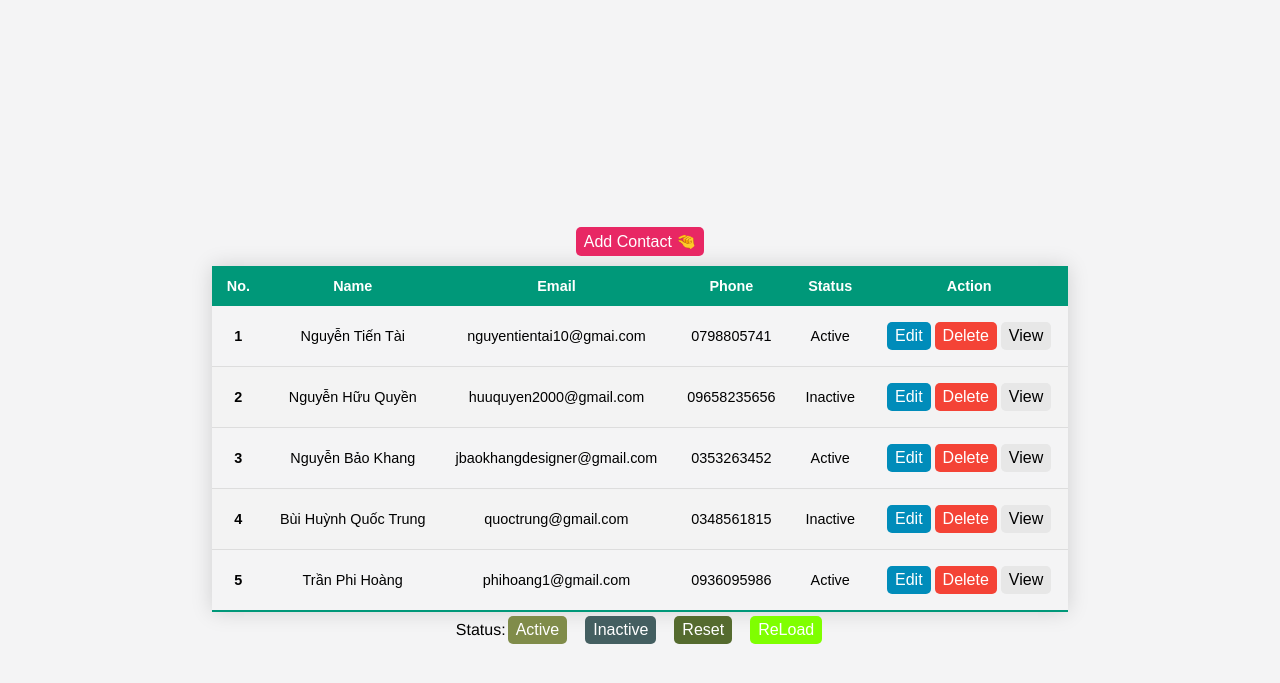
Repository: fdhhhdjd/Redux-Toolkit-CURD-Firebase
Page: /
These files come from the project's save history. The page is drawn as it stood at one moment and after the next save; the edit follows.
The browser window is 1280 px wide. The pictures show the whole page.
The project was rebuilt for these pictures with package versions that can differ from the ones it lists, and the page was loaded fresh each time. Also part of the build but not shown: src/Styles/Toasts.css, src/Styles/AddEdit.css, src/Component/AddEdit.js, src/Styles/View.css, src/Component/View.js.

Above is the page before, as saved 2021-10-25 11:04:11.

### src/index.js
import React from "react";
import ReactDOM from "react-dom";
import "./index.css";
import App from "./App";
import store from "./Redux/Store";
import { Provider } from "react-redux";
import * as serviceWorker from "./serviceWorker";
import { ToastContextProvider } from "./ToastContext/ToastContext";

ReactDOM.render(
  <React.StrictMode>
    <Provider store={store}>
      <ToastContextProvider>
        <App />
      </ToastContextProvider>
    </Provider>
  </React.StrictMode>,
  document.getElementById("root")
);

// If you want your app to work offline and load faster, you can change
// unregister() to register() below. Note this comes with some pitfalls.
// Learn more about service workers: https://bit.ly/CRA-PWA
serviceWorker.unregister();

### src/App.js
import React from "react";
import "./App.css";
import { BrowserRouter, Switch, Route } from "react-router-dom";
import { ToastContainer } from "react-toastify";
import "react-toastify/dist/ReactToastify.css";
import { Home, View, AddEdit } from "./import/Index";
function App() {
  return (
    <>
      <BrowserRouter>
        <div className="App">
          <ToastContainer position="top-center" />
          <Switch>
            <Route exact path="/" component={Home} />
            <Route path="/add" component={AddEdit} />
            <Route path="/update/:id" component={AddEdit} />
            <Route path="/view/:id" component={View} />
          </Switch>
        </div>
      </BrowserRouter>
    </>
  );
}

export default App;

### src/Redux/Store.js
import { configureStore, createStore } from "@reduxjs/toolkit";
import logger from "redux-logger";
import thunk from "redux-thunk";
import { composeWithDevTools } from "redux-devtools-extension";
import ContactReducer from "./ContactSlice";
const middleware = [thunk];
if (process.env.NODE_ENV === "development") {
  middleware.push(logger);
}
const store = configureStore({
  reducer: {
    todos: ContactReducer,
    middleware: [logger],
  },
});

export default store;

### src/ToastContext/ToastContext.js
import React, { useState, createContext, useEffect, useRef } from "react";
export const ToastContext = createContext();
export const ToastContextProvider = ({ children }) => {
  const [list, setList] = useState([]);
  let toastProperties = null;
  const showToast = (type) => {
    switch (type) {
      case "success":
        toastProperties = {
          id: list.length + 1,
          title: "Success",
          icon: "fas fa-check-circle",
          description: "Add user Success 😊",
          backgroundColor: "toast--success",
        };
        break;
      case "danger":
        toastProperties = {
          id: list.length + 1,
          title: "Danger",
          description: "Thất bại",
          backgroundColor: "toast--error",
          button: "btn btn--danger",
          json: "fas fa-exclamation-triangle",
        };
        break;
      case "info":
        toastProperties = {
          id: list.length + 1,
          title: "Info",
          description: "Khá thành công",
          backgroundColor: "toast--info",
          json: "fas fa-info",
        };
        break;
      case "warning":
        toastProperties = {
          id: list.length + 1,
          title: "Warning",
          description: "Gần thất bại",
          backgroundColor: "toast--warning",
          json: "fas fa-radiation-alt",
        };
        break;
      default:
        toastProperties = [];
    }
    setList([...list, toastProperties]);
  };
  const data = { list, setList, showToast };

  return <ToastContext.Provider value={data}>{children}</ToastContext.Provider>;
};

### src/import/Index.js
export { default as Home } from "../Component/Home";
export { default as AddEdit } from "../Component/AddEdit";
export { default as View } from "../Component/View";

### src/Redux/ContactSlice.js
import { createSlice, createAsyncThunk } from "@reduxjs/toolkit";
import { v4 as uuidv4 } from "uuid";
import { nanoid } from "nanoid";
const initialState = {
  contacts: [
    {
      id: 1,
      name: "Nguyễn Tiến Tài",
      email: "nguyentientai10@gmai.com",
      phone: "0798805741",
      status: "Active",
    },
    {
      id: 2,
      name: "Nguyễn Hữu Quyền",
      email: "huuquyen2000@gmail.com",
      phone: "09658235656",
      status: "Inactive",
    },
    {
      id: 3,
      name: "Nguyễn Bảo Khang",
      email: "jbaokhangdesigner@gmail.com",
      phone: "0353263452",
      status: "Active",
    },
    {
      id: 4,
      name: "Bùi Huỳnh Quốc Trung	",
      email: "quoctrung@gmail.com",
      phone: "0348561815",
      status: "Inactive",
    },
    {
      id: 5,
      name: "Trần Phi Hoàng",
      email: "phihoang1@gmail.com",
      phone: "0936095986",
      status: "Active",
    },
  ],
  contact: {
    name: "",
    email: "",
    phone: "",
    status: "",
  },
  filter: "All",
};
const TodoSlice = createSlice({
  name: "todos",
  initialState,
  reducers: {
    getContact: (state, action) => {
      state.contact = state.contacts.find((item) => item.id == action.payload);
    },
    addContact: (state, action) => {
      const newData = { ...action.payload, id: uuidv4() };
      state.contacts = [...state.contacts, newData];
    },
    deleteContact: (state, action) => {
      state.contacts = state.contacts.filter(
        (item) => item.id !== action.payload
      );
    },
    updateContact: (state, action) => {
      state.contacts = state.contacts.map((item) =>
        item.id === action.payload.id ? action.payload : item
      );
    },
    setFilter: (state, action) => {
      state.filter = action.payload;
    },
  },
});
const ContactReducer = TodoSlice.reducer;
export const {
  addContact,
  deleteContact,
  getContact,
  updateContact,
  setFilter,
} = TodoSlice.actions;
export const GetTodo = (state) => state.todos;
export default ContactReducer;

### src/Component/Home.js
import React, { useEffect } from "react";
import { useDispatch, useSelector } from "react-redux";
import { deleteContact, GetTodo, setFilter } from "../Redux/ContactSlice";
import { Link } from "react-router-dom";
import { toast } from "react-toastify";
import "../Styles/Home.css";
import Toasts from "./Toasts";
const Home = () => {
  const { contacts, filter } = useSelector(GetTodo);
  const dispatch = useDispatch();
  const deleteFilterContact = (id) => {
    if (window.confirm("Are you sure you want to delete  ?")) {
      dispatch(deleteContact(id), toast.success("Delete user Success 😉"));
    }
  };

  const handleReloading = () => {
    window.location.reload();
  };
  return (
    <>
      <Toasts />
      <div style={{ marginTop: "150px" }}>
        <Link to="/add">
          <button className="btn btn-contact">Add Contact 🤏</button>
        </Link>

        <table className="styled-table">
          <thead>
            <tr>
              <th style={{ textAlign: "center" }}>No.</th>
              <th style={{ textAlign: "center" }}>Name</th>
              <th style={{ textAlign: "center" }}>Email</th>
              <th style={{ textAlign: "center" }}>Phone</th>
              <th style={{ textAlign: "center" }}>Status</th>
              <th style={{ textAlign: "center" }}>Action</th>
            </tr>
          </thead>
          <tbody>
            {contacts
              .filter((item) => {
                if (filter === "All") {
                  return item;
                } else {
                  return item.status === filter;
                }
              })
              .map((item, index) => {
                return (
                  <tr key={item.id}>
                    <th scope="row">{index + 1}</th>
                    <td>{item.name}</td>
                    <td>{item.email}</td>
                    <td>{item.phone}</td>
                    <td>{item.status}</td>
                    <td>
                      <Link to={`/update/${item.id}`}>
                        <button className="btn btn-edit">Edit</button>
                      </Link>
                      <button
                        className="btn btn-delete"
                        onClick={() => deleteFilterContact(item.id)}
                      >
                        Delete
                      </button>
                      <Link to={`/view/${item.id}`}>
                        <button className="btn btn-view">View</button>
                      </Link>
                    </td>
                  </tr>
                );
              })}
          </tbody>
        </table>
        <label htmlFor="">Status:</label>
        <button
          className="btn btn-active"
          onClick={() => dispatch(setFilter("Active"))}
        >
          Active
        </button>
        <button
          className="btn btn-inactive"
          onClick={() => dispatch(setFilter("Inactive"))}
        >
          Inactive
        </button>
        <button
          className="btn btn-reset"
          onClick={() => dispatch(setFilter("All"))}
        >
          Reset
        </button>
        <button className="btn btn-reload" onClick={handleReloading}>
          ReLoad
        </button>
      </div>
    </>
  );
};

export default Home;

### src/Styles/Home.css
.styled-table {
    border-collapse: collapse;
    margin: auto;
    font-size: 0.9em;
    font-family: sans-serif;
    max-width: 1000px;
    box-shadow: 0 0 20px rgba(0, 0, 0, 0.15);
  }

  .styled-table thead tr {
    background-color: #009879;
    color: #ffffff;
    text-align: left;
  }

  .styled-table th,
  .styled-table td {
    padding: 12px 15px;
  }

  .styled-table tbody tr {
    border-bottom: 1px solid #dddddd;
  }

  .styled-table tbody tr:nth-of-type(even) {
    background-color: #f3f3f3;
  }

  .styled-table tbody tr:last-of-type {
    border-bottom: 2px solid #009879;
  }

  .btn {
    border: none;
    color: white;
    padding: 5px 8px;
    text-align: center;
    text-decoration: none;
    display: inline-block;
    border-radius: 5px;
    font-size: 16px;
    margin: 4px 2px;
    cursor: pointer;
  }

  .btn-edit {
    background-color: #008cba;
  }

  .btn-delete {
    background-color: #f44336;
  }

  .btn-view {
    background-color: #e7e7e7;
    color: black;
  }

  .btn-contact {
    background-color: #e82764;
    margin-bottom: 10px;
  }


  .btn-active {
    background-color: #808c4a;
    color: #fff;
  }

  .btn-inactive {
    background-color: #445f61;
    color: #fff;
  }

  .btn-reset {
    background-color: darkolivegreen;
    color: #fff;
  }
  .btn-reload{
    background-color: chartreuse;
    color: white;
  }

### src/Component/Toasts.js
import React, { useContext, useState } from "react";
import Toast from "../Component/Toast";
import "../Styles/Toasts.css";

import { ToastContext } from "../ToastContext/ToastContext";
const Toasts = () => {
  const { list, setList, showToast } = useContext(ToastContext);
  return (
    <>
      <Toast list={list} setList={setList} />
    </>
  );
};

export default Toasts;

### src/Component/Toast.js
import React, { useCallback, useContext, useEffect } from "react";
import "../Styles/toast.css";
import { ToastContext } from "../ToastContext/ToastContext";
const Toast = () => {
  const { list, setList } = useContext(ToastContext);
  const deleteToast = useCallback(
    (id) => {
      const listItem = list.filter((e) => e.id !== id);
      setList(listItem);
    },
    [list, setList]
  );

  useEffect(() => {
    const interval = setInterval(() => {
      if (list.length) {
        deleteToast(list[0].id);
      }
    }, 150000);

    return () => {
      clearInterval(interval);
    };
  }, [list, deleteToast]);

  return (
    <>
      <div id="toast">
        {list.map((toast, i) => (
          <div key={i}>
            <div className={`toast ${toast.backgroundColor}`}>
              <div className="toast__icon">
                <i className={`${toast.icon}`}></i>
              </div>
              <div className="toast__body">
                <h3 className="toast__title ">{toast.title}</h3>
                <p className="toast__msg">{toast.description}</p>
              </div>
              <div className="toast__close">
                <i
                  className="fa fa-times"
                  onClick={() => deleteToast(toast.id)}
                ></i>
              </div>
            </div>
          </div>
        ))}
      </div>
    </>
  );
};

export default Toast;

### src/Styles/toast.css
 * {
  padding: 0;
  margin: 0;
  box-sizing: border-box;
}

body {
  height: 100vh;
  display: flex;
  flex-direction: column;
  font-family: "Helvetica Neue";
  background-color: #f4f4f5;
}

body > div {
  margin: auto;
}

.btn1 {
  display: inline-block;
  text-decoration: none;
  background-color: transparent;
  border: none;
  outline: none;
  color: #fff;
  padding: 12px 48px;
  border-radius: 50px;
  cursor: pointer;
  min-width: 120px;
  transition: opacity 0.2s ease;
}




.btn--size-l {
  padding: 16px 56px;
}

.btn--size-s {
  padding: 8px 32px;
}

.btn:hover {
  opacity: 0.8;
}

.btn + .btn {
  margin-left: 16px;
}

.btn--success {
  background-color: #71be34;
}

.btn--warn {
  background-color: #ffb702;
}
.btn--info {
  background-color: lightblue;
}

.btn--danger {
  background-color: #ff623d;
}

.btn--disabled {
  opacity: 0.5 !important;
  cursor: default;
}


#toast {
  position: fixed;
  top: 32px;
  right: 32px;
  z-index: 999999;
}


.toast {
  display: flex;
  align-items: center;
  background-color: #fff;
  border-radius: 2px;
  padding: 20px 0;
  min-width: 400px;
  max-width: 450px;
  border-left: 4px solid;
  box-shadow: 0 5px 8px rgba(0, 0, 0, 0.08);
  transition: all linear 0.3s;
  animation: slideInLeft ease .3s,fadeOut linear 1s 3s forwards;
}

@keyframes slideInLeft {
  from {
    opacity: 0;
    transform: translateX(calc(100% + 32px));
  }
  to {
    opacity: 1;
    transform: translateX(0);
  }
}

@keyframes fadeOut {
  to {
    opacity: 0;
  }
}

.toast--success {
  border-color: #47d864;
}

.toast--success .toast__icon {
  color: #47d864;
}

.toast--info {
  border-color: #2f86eb;
}

.toast--info .toast__icon {
  color: #2f86eb;
}

.toast--warning {
  border-color: #ffc021;
}

.toast--warning .toast__icon {
  color: #ffc021;
}

.toast--error {
  border-color: #ff623d;
}

.toast--error .toast__icon {
  color: #ff623d;
}

.toast + .toast {
  margin-top: 24px;
}

.toast__icon {
  font-size: 24px;
  width: 8rem;
  height:3rem;
}

.toast__icon,
.toast__close {
  padding: 0 16px;
}

.toast__body {
  flex-grow: 1;
}

.toast__title {
  font-size: 16px;
  font-weight: 600;
  color: #333;
}

.toast__msg {
  font-size: 14px;
  color: #888;
  margin-top: 6px;
  line-height: 1.5;
}

.toast__close {
  font-size: 20px;
  color: rgba(0, 0, 0, 0.3);
  cursor: pointer;
}
.fa{
  width: 4rem;
  height:3rem;
}

Loaded but not shown: public/index.html (common file); src/index.css (common file); src/serviceWorker.js (common file); src/App.css (common file)

After the next save:
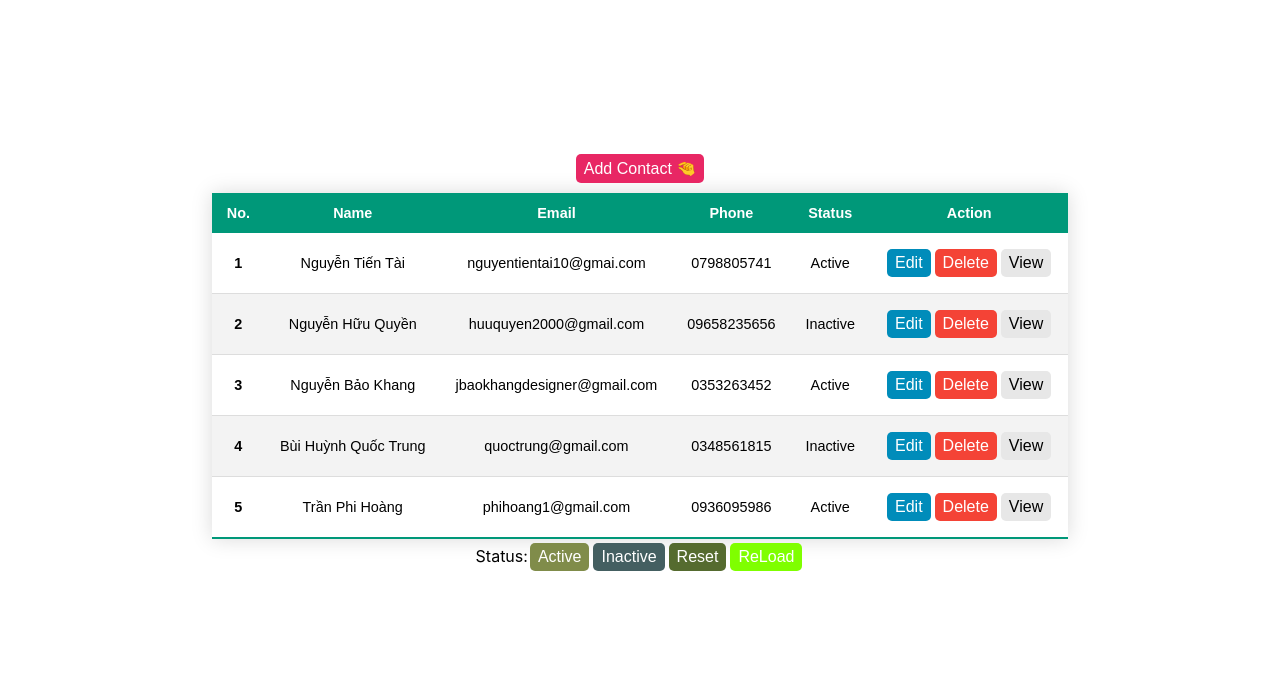
Saved 18 s later.
--- a/src/Component/Home.js
+++ b/src/Component/Home.js
@@ -1,10 +1,9 @@
-import React, { useEffect } from "react";
+import React from "react";
 import { useDispatch, useSelector } from "react-redux";
 import { deleteContact, GetTodo, setFilter } from "../Redux/ContactSlice";
 import { Link } from "react-router-dom";
 import { toast } from "react-toastify";
 import "../Styles/Home.css";
-import Toasts from "./Toasts";
 const Home = () => {
   const { contacts, filter } = useSelector(GetTodo);
   const dispatch = useDispatch();
@@ -17,9 +16,9 @@ const Home = () => {
   const handleReloading = () => {
     window.location.reload();
   };
+
   return (
     <>
-      <Toasts />
       <div style={{ marginTop: "150px" }}>
         <Link to="/add">
           <button className="btn btn-contact">Add Contact 🤏</button>
